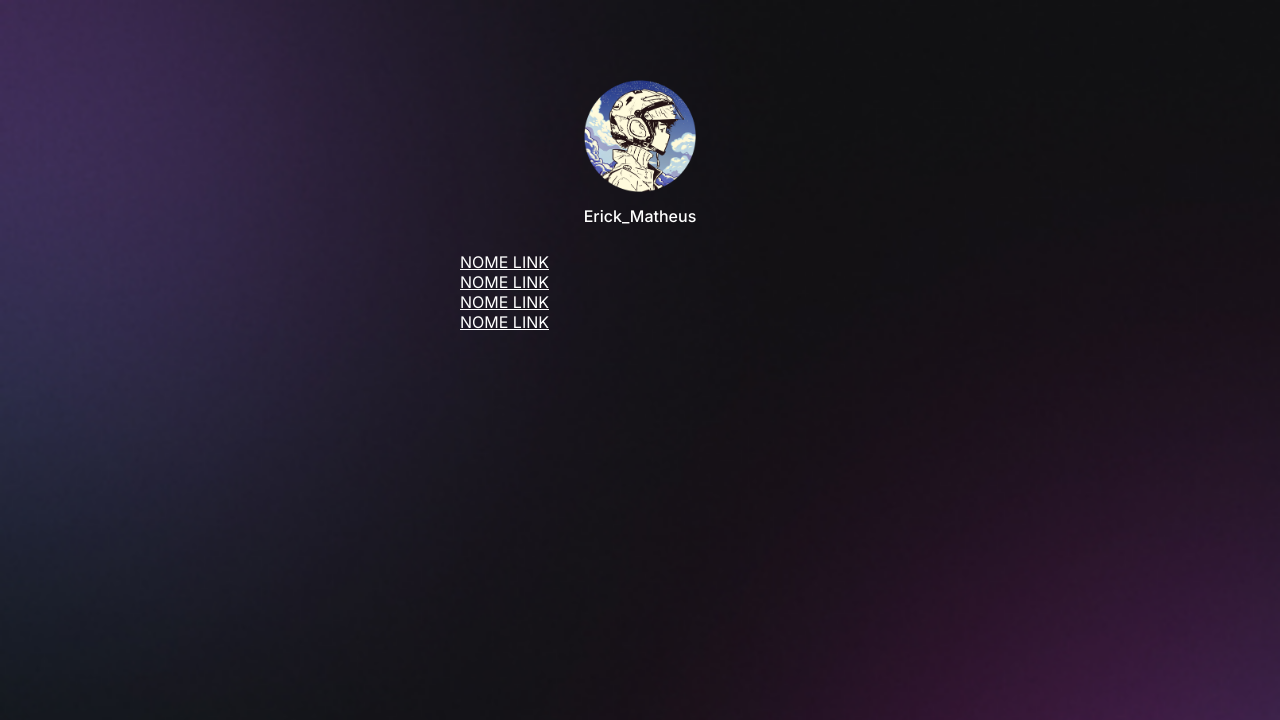
Repository: e-rickmatheus/project_dev_links
Page: index.html
These files come from the project's save history. The page is drawn as it stood at one moment and after the next save; the edit follows.
The browser window is 1280 px wide. The pictures show the whole page.

Above is the page before, as saved 2025-04-02 20:38:19.

### index.html
<!DOCTYPE html>
<html lang="pt-BR">
<head>

<link rel="preconnect" href="https://fonts.googleapis.com">
<link rel="preconnect" href="https://fonts.gstatic.com" crossorigin>
<link href="https://fonts.googleapis.com/css2?family=Inter:wght@400;500&display=swap" rel="stylesheet">
  <meta charset="UTF-8">
  <meta name="viewport" content="width=device-width, initial-scale=1.0">
  <title>DEV.Links</title>
  <link rel="stylesheet" href="./style.css">
  <a></a>
</head>
<body>

  <div id="container">
    <div id="profile">
      <img id="avatar" src="./assets/avatar-pilot-day.png" alt="avatar-light">
      <p>Erick_Matheus</p>
    </div>
  <ul>
    <li>
      <a href="#" target="_blank">NOME LINK</a>
    </li>
    <li>
        <a href="#" target="_blank">NOME LINK</a>
    </li>
    <li>
        <a href="#" target="_blank">NOME LINK</a>
    </li>
    <li>
        <a href="#" target="_blank">NOME LINK</a>
    </li>
  </ul>
  </div>


</body>
</html>

### style.css
* {  /* *: todos os elementos */
  margin: 0;
  padding: 0;
  box-sizing: border-box; /* border-box: altura e largura do elemento é o mesmo que o tamanho definido */
}

body { /* body: corpo do documento */
  /*
  background-image: url(./assets/bg-mobile.jpg);
  background-repeat: no-repeat;
  background-position: top center;
  background-size: cover;
  */


  background: url(./assets/bg-mobile.jpg) no-repeat top center/cover;
  /* background: cor imagem repetição posição/tamanho */
}

body * { /* todos os elementos dentro do body */
  font-family: 'Inter', sans-serif;
  color: #ffffff

}

#container {
  width:  360px;
  margin: 56px auto 0px;
}

#profile {
  text-align: center;
  padding: 24px;
}

#profile img {
  width: 112px;
}

#profile p {
  font-weight: 500;
  line-height: 24px;
  margin-top: 8px;
}





/*links*/
ul {
  list-style: none;
}

li {
  border: 1px solid #red
}

After the next save:
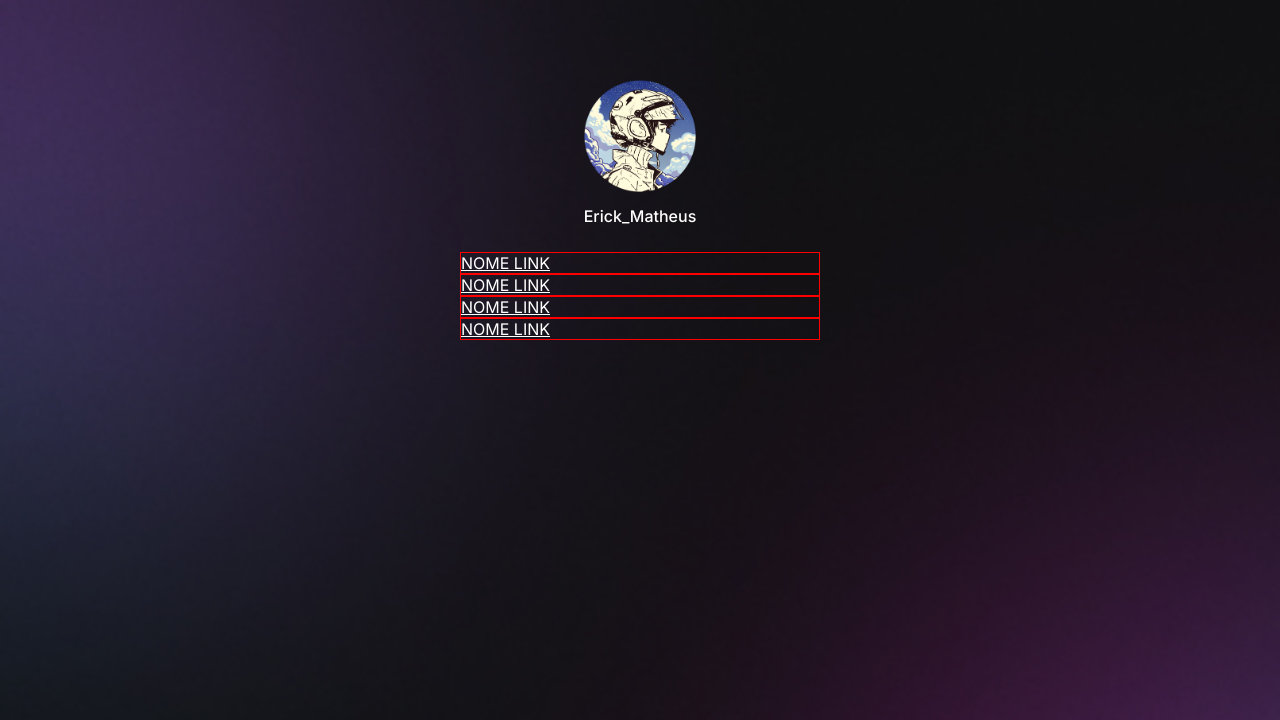
Saved 4 s later.
--- a/style.css
+++ b/style.css
@@ -53,5 +53,5 @@ ul {
 }
 
 li {
-  border: 1px solid #red
+  border: 1px solid red
 }
